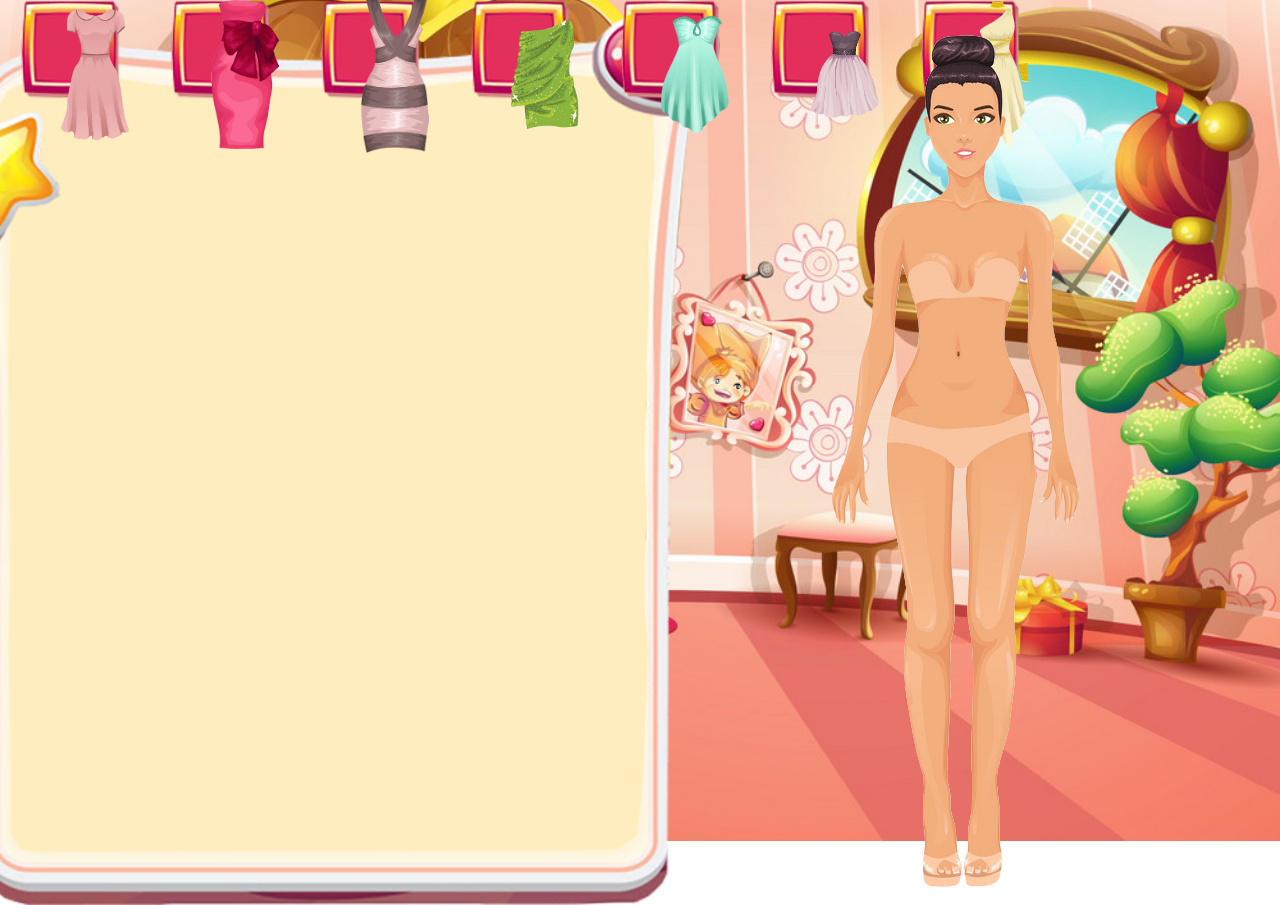
Repository: bunbubam/GameThayDoReactjs_NguyenKhacNghia
Page: /
An editor plug-in stored every save of this project. The page is shown before and after the next save, followed by the edit.
The browser window is 1280 px wide. The pictures show the whole page.
The project was rebuilt for these pictures with package versions that can differ from the ones it lists, and the page was loaded fresh each time.

Above is the page before, as saved 2022-03-30 16:06:25.

### public/index.html
<!doctype html>
<html lang="en">
  <head>
    <title>GameThaydo</title>
    <!-- Required meta tags -->
    <meta charset="utf-8">
    <meta name="viewport" content="width=device-width, initial-scale=1, shrink-to-fit=no">

    <!-- Bootstrap CSS -->
    <link rel="stylesheet" href="https://stackpath.bootstrapcdn.com/bootstrap/4.3.1/css/bootstrap.min.css" integrity="sha384-ggOyR0iXCbMQv3Xipma34MD+dH/1fQ784/j6cY/iJTQUOhcWr7x9JvoRxT2MZw1T" crossorigin="anonymous">
  </head>
  <body>
    <div id="root"></div>
    <!-- Optional JavaScript -->
    <!-- jQuery first, then Popper.js, then Bootstrap JS -->
    <script src="https://code.jquery.com/jquery-3.3.1.slim.min.js" integrity="sha384-q8i/X+965DzO0rT7abK41JStQIAqVgRVzpbzo5smXKp4YfRvH+8abtTE1Pi6jizo" crossorigin="anonymous"></script>
    <script src="https://cdnjs.cloudflare.com/ajax/libs/popper.js/1.14.7/umd/popper.min.js" integrity="sha384-UO2eT0CpHqdSJQ6hJty5KVphtPhzWj9WO1clHTMGa3JDZwrnQq4sF86dIHNDz0W1" crossorigin="anonymous"></script>
    <script src="https://stackpath.bootstrapcdn.com/bootstrap/4.3.1/js/bootstrap.min.js" integrity="sha384-JjSmVgyd0p3pXB1rRibZUAYoIIy6OrQ6VrjIEaFf/nJGzIxFDsf4x0xIM+B07jRM" crossorigin="anonymous"></script>
  </body>
</html>

### src/App.js
import logo from './logo.svg';
import './App.css';
import Dress from './gamethaydo/dress';

function App() {
  return (
    <Dress></Dress>
  );
}

export default App;

### src/App.css
body {
    background: url(gamethaydo/images/dress-room.jpg) no-repeat;
    background-position: 50% 53%;
    background-size: cover;
}
.dress-main .row {height: 100vh;}
.girl img {
    position: absolute;
    bottom: 2%;
    left: 30%;
}
.clothing-box {
    background: url(gamethaydo/images/box.png) no-repeat;
    background-position: 50% 50%;
    background-size: cover;
    width: 800px;
    height: 905px;
}
.clothing-item {
    background: url(gamethaydo/images/menu.png) no-repeat;
    width: 150px;
    height: 149px;
}
.clothing-item img {width: 45%;}

### src/gamethaydo/dress.js
import React, {Component} from 'react';
import Girl from './images/girl.png';
import Clothing1 from './images/trangphuc1.png';
import Clothing2 from './images/trangphuc2.png';
import Clothing3 from './images/trangphuc3.png';
import Clothing4 from './images/trangphuc4.png';
import Clothing5 from './images/trangphuc5.png';
import Clothing6 from './images/trangphuc6.png';
import Clothing7 from './images/trangphuc7.png';
import Clothing8 from './images/trangphuc8.png';
import Clothing9 from './images/trangphuc9.png';
import Clothing10 from './images/trangphuc10.png';

class Dress extends Component {
    state = {
        girl : Girl,
        clothing : Girl

    }
changeClothing = (imgs) => {
        return(
            this.setState({
                clothing : imgs
            })
        )
    }
    render() {
        return(
            <div className='container-fluid'>
                <div className='dress-main'>
                    <div className='row'>
                        <div className='col-12 col-xl-6 block-left d-flex flex-direction-row justify-content-center'>
                            <div className='clothing-box d-flex flex-direction-column justify-content-center'>
                                <div className='clothing-flex d-flex flex-direction-row justify-content-around lign-items-baseline mb-5'>
                                    <div className='clothing-item d-flex flex-direction-row justify-content-center align-items-center'>
                                        <img onClick={()=>this.changeClothing(Clothing1)} src={require('./images/trangphuc1.png')} className='img-fluid'/>
                                    </div>
                                    <div className='clothing-item d-flex flex-direction-row justify-content-center align-items-center'>
                                        <img onClick={()=>this.changeClothing(Clothing2)} src={require('./images/trangphuc2.png')} className='img-fluid'/>
                                    </div>
                                    <div className='clothing-item d-flex flex-direction-row justify-content-center align-items-center'>
                                        <img onClick={()=>this.changeClothing(Clothing3)} src={require('./images/trangphuc3.png')} className='img-fluid'/>
                                    </div>
                                </div>
                                <div className='clothing-flex d-flex flex-direction-row justify-content-around lign-items-baseline mb-5'>
                                    <div className='clothing-item d-flex flex-direction-row justify-content-center align-items-center'>
                                        <img onClick={()=>this.changeClothing(Clothing4)} src={require('./images/trangphuc4.png')} className='img-fluid'/>
                                    </div>
                                    <div className='clothing-item d-flex flex-direction-row justify-content-center align-items-center'>
                                        <img onClick={()=>this.changeClothing(Clothing5)} src={require('./images/trangphuc5.png')} className='img-fluid'/>
                                    </div>
                                    <div className='clothing-item d-flex flex-direction-row justify-content-center align-items-center'>
                                        <img onClick={()=>this.changeClothing(Clothing6)} src={require('./images/trangphuc6.png')} className='img-fluid'/>
                                    </div>
                                </div>
                                <div className='clothing-flex d-flex flex-direction-row justify-content-around lign-items-baseline mb-5'>
                                    <div className='clothing-item d-flex flex-direction-row justify-content-center align-items-center'>
                                        <img onClick={()=>this.changeClothing(Clothing7)} src={require('./images/trangphuc7.png')} className='img-fluid'/>
                                    </div>
                                    <div className='clothing-item d-flex flex-direction-row justify-content-center align-items-center'>
                                        <img onClick={()=>this.changeClothing(Clothing8)} src={require('./images/trangphuc8.png')} className='img-fluid'/>
                                    </div>
                                    <div className='clothing-item d-flex flex-direction-row justify-content-center align-items-center'>
                                        <img onClick={()=>this.changeClothing(Clothing9)} src={require('./images/trangphuc9.png')} className='img-fluid'/>
                                    </div>
                                </div>
                                <div className='clothing-flex d-flex flex-direction-row justify-content-around lign-items-baseline'>
                                    <div className='clothing-item d-flex flex-direction-row justify-content-center align-items-center'>
                                        <img onClick={()=>this.changeClothing(Clothing10)} src={require('./images/trangphuc10.png')} className='img-fluid'/>
                                    </div>
                                </div>
                            </div>
                        </div>
                        <div className='col-12 col-xl-6 block-right position-relative d-flex flex-direction-row justify-content-center'>
                            <div className='girl'>
                                <img src={this.state.girl} className='img-fluid'/>
                                <img src={this.state.clothing} className='img-fluid'/>
                            </div>
                        </div>
                    </div>
                </div>
            </div>
        )
    };
}
export default Dress;

Loaded but not shown: src/index.js (common file); src/index.css (common file); src/reportWebVitals.js (common file)

After the next save:
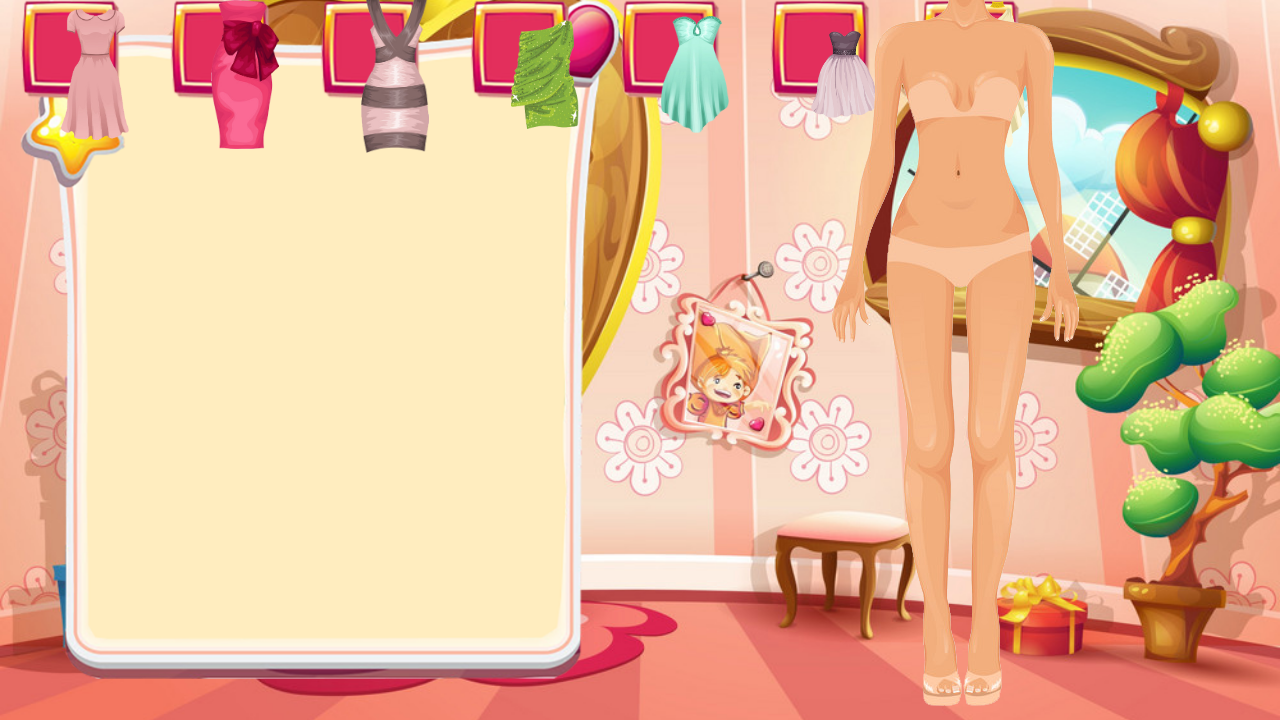
Saved 43 s later.
--- a/src/App.css
+++ b/src/App.css
@@ -13,8 +13,8 @@ body {
     background: url(gamethaydo/images/box.png) no-repeat;
     background-position: 50% 50%;
     background-size: cover;
-    width: 800px;
-    height: 905px;
+    width: 600px;
+    height: 679px;
 }
 .clothing-item {
     background: url(gamethaydo/images/menu.png) no-repeat;
